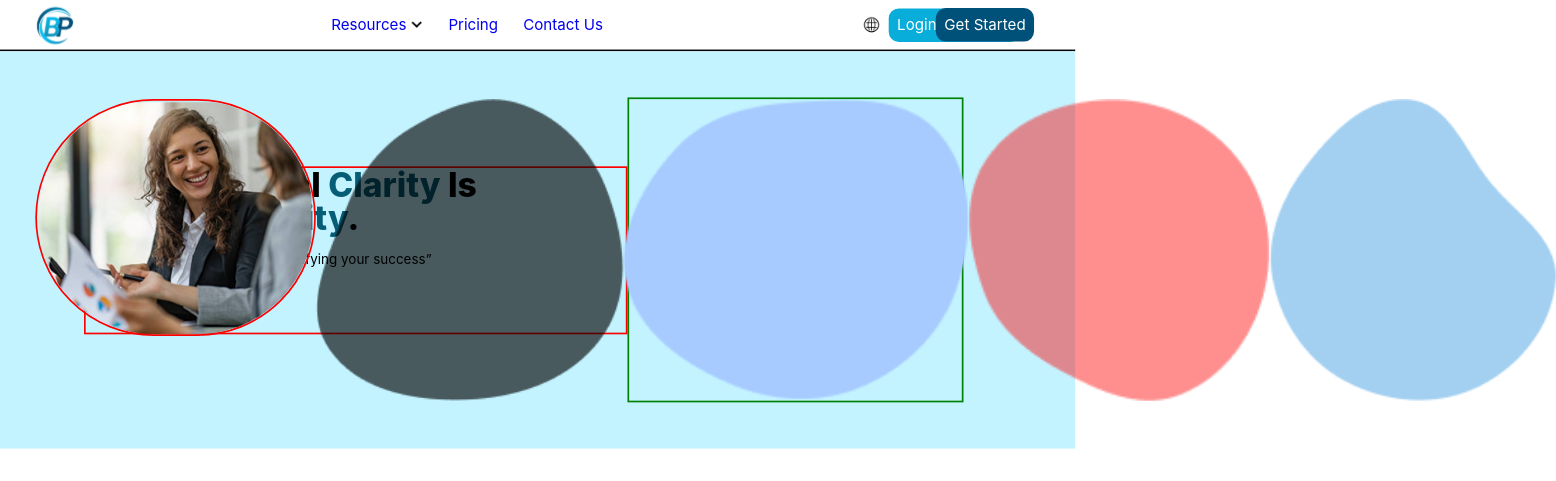
Repository: dark-txch/Bizpadi
Page: /
These files come from the project's save history. The page is drawn as it stood at one moment and after the next save; the edit follows.
The browser window is 1280 px wide. The page is 1852 px wide, then 1476 px, so the pictures cover 1852 px, including what lies to the right of the window. The pictures show the whole page, at 84% of full size.
The project was rebuilt for these pictures with package versions that can differ from the ones it lists, and the page was loaded fresh each time. Also part of the build but not shown: vite.config.js.

Above is the page before, as saved 2025-04-01 19:15:07.

### index.html
<!DOCTYPE html>
<html lang="en">
	<head>
		<meta charset="UTF-8" />
		<link rel="icon" type="image/svg+xml" href="/public/logo.svg" />
		<meta name="viewport" content="width=device-width, initial-scale=1.0" />
		<title>Bizpadi</title>
	</head>
	<body>
		<div id="root"></div>
		<script type="module" src="/src/main.jsx"></script>
	</body>
</html>

### src/index.css
:root {
	font-family: system-ui, Avenir, Helvetica, Arial, sans-serif;
	line-height: 1.5;
	font-weight: 400;

	color-scheme: light dark;
	color: black;
	background-color: white;

	font-synthesis: none;
	text-rendering: optimizeLegibility;
	-webkit-font-smoothing: antialiased;
	-moz-osx-font-smoothing: grayscale;
}

* {
	box-sizing: border-box;
	padding: 0;
	margin: 0;
	outline: none;
	border: none;
}

body {
	height: 100vh;
	width: 100vw;

	font-family: "inter", sans-serif;
}

a {
	text-decoration: none;
}

### src/App.jsx
import "./App.css";
import Nav from "./components/LandingPage/Nav";
import MidSection from "./components/LandingPage/MidSection";

function App() {
	return (
		<>
			<Nav />
			<MidSection />
		</>
	);
}

export default App;

### src/App.css
/*  LANDING PAGE/Main container */

@font-face {
	font-family: "MyCustomFont";
	src: url("/fonts/Inter/Inter-Italic-VariableFont_opsz,wght.ttf")
			format("truetype"),
		url("/fonts/Inter/Inter-VariableFont_opsz,wght.ttf") format("truetype");
	font-weight: normal;
	font-style: normal;
}

nav.homepage-nav {
	/*  this is the parent container */
	width: 100vw;
	height: 61px;
	display: flex;
	font-size: 18px;
	align-items: center;
	justify-content: space-between;
	border-bottom: 2px solid #000;
	box-shadow: 1px 1px 2px 0px rgba(0, 0, 0, 0.25%);
}

nav.homepage-nav .logo {
	/* this is the first div "LOGO" */
	margin-left: 30px;
	margin-top: 10px;
}

nav.homepage-nav :nth-child(2) a {
	/* this is the middle div */
	width: 309px;
	height: 24px;
	position: relative;
}

.homepage-nav div:nth-child(2) a:nth-of-type(1) {
	margin-right: 50px;
}

.homepage-nav div:nth-child(2) a:nth-of-type(2) {
	margin-right: 30px;
}

nav.homepage-nav :nth-child(2) a > img {
	position: absolute;
}

.homepage-nav div:nth-child(3) {
	/* this is the login and get started container .. the third div*/
	width: 218px;
	height: 40px;
	display: flex;
	justify-content: center;
	align-items: center;
	gap: 10px;
	position: relative;
	color: white;
	border-radius: 12px;
	margin-right: 50px;
}

.homepage-nav div:nth-child(3) a:nth-of-type(1) {
	/* this is the login button */
	background-color: #09adda;
	color: inherit;
	display: inline-block;
	width: 157px;
	padding: 8px;
	height: inherit;
	padding-left: 10px;
	border-radius: inherit;
	display: flex;
	align-items: center;
}

.homepage-nav div:nth-child(3) a:nth-of-type(2) {
	/* this is the signup button */
	background-color: #00517a;
	color: inherit;
	display: inline-block;
	/* width: 110px; */
	padding-left: 10px;
	padding-right: 10px;
	height: inherit;
	border-radius: inherit;
	position: absolute;
	top: -2px;
	right: -10px;
	transform: translate(-9px, 1.5px);
	display: flex;
	align-items: center;
}

/* MIDSECTION */
.midSection {
	background-color: #c3f3ff;
	height: 473px;
	display: flex;
	align-items: center;
}

.landingPageMotto {
	display: inline-block;
	width: 647px;
	height: 200px;
	top: 166px;
	left: 113px;
	/* gap: 19px; */

	margin-left: 100px;

	border: 2px solid red;
}

.landingPageMotto > h1 {
	width: 538px;
	height: 96px;

	font-weight: 800;
	font-size: 40px;
	line-height: 100%;
	text-transform: capitalize;
}

.landingPageMotto > h1 span {
	color: #065d76;
}

.landingPageImages {
	border: 2px solid green;
	width: 399.93px;
	height: 362.9px;
	top: 73.2px;
	left: 729.07px;

	display: flex;
	justify-content: center;


}

.landingPageImages > img:nth-of-type(1) {
	width: 334.57px;
	height: 281.66px;
	top: 94.21px;
	left: 751.64px;
	border-radius: 150px;

	border: 2px solid red;
}

### src/components/LandingPage/Nav.jsx
export default function Nav() {
	return (
		// Main Landing container, parent housing the landing page
		<>
			{/* Inside of the main is the nav element */}
			<nav className="homepage-nav">
				<div className="logo">
					<img src="/assets/icons/logo.svg" alt="Bizpadi icon" />
				</div>

				{/* Second div */}
				<div>
					<a href="#">
						Resources
						<img src="/assets/icons/dropdown.png" alt="dropdown icon" />
					</a>
					<a href="#">Pricing</a>
					<a href="#">Contact Us</a>
				</div>

				{/* Third div */}
				<div>
					<img src="/assets/icons/world.png" alt="world" />
					<a href="#">Login</a>
					<a href="#">Get Started</a>
				</div>
			</nav>
		</>
	);
}

### src/components/LandingPage/MidSection.jsx
export default function MidSection() {
	return (
		<section className="midSection">
			<div className="landingPageMotto">
				<h1>
					Your financial <span>clarity</span> is our top <span>priority</span>.
				</h1>
				<p>“Streamlining your finances, simplifying your success”</p>
			</div>

			{/* This is the images section in the mid section */}
			<div className="landingPageImages">
				<img src="/assets/images/smiley.png" alt="smiley" />
				<img src="/assets/images/Vector-black.png" alt="vector-black" />
				<img src="/assets/images/Vector-blue.png" alt="vector-blue" />
				<img src="/assets/images/Vector-orange.png" alt="vector-orange" />
				<img src="/assets/images/Vector.png" alt="vector" />
			</div>
		</section>
	);
}

Loaded but not shown: src/main.jsx (common file)

After the next save:
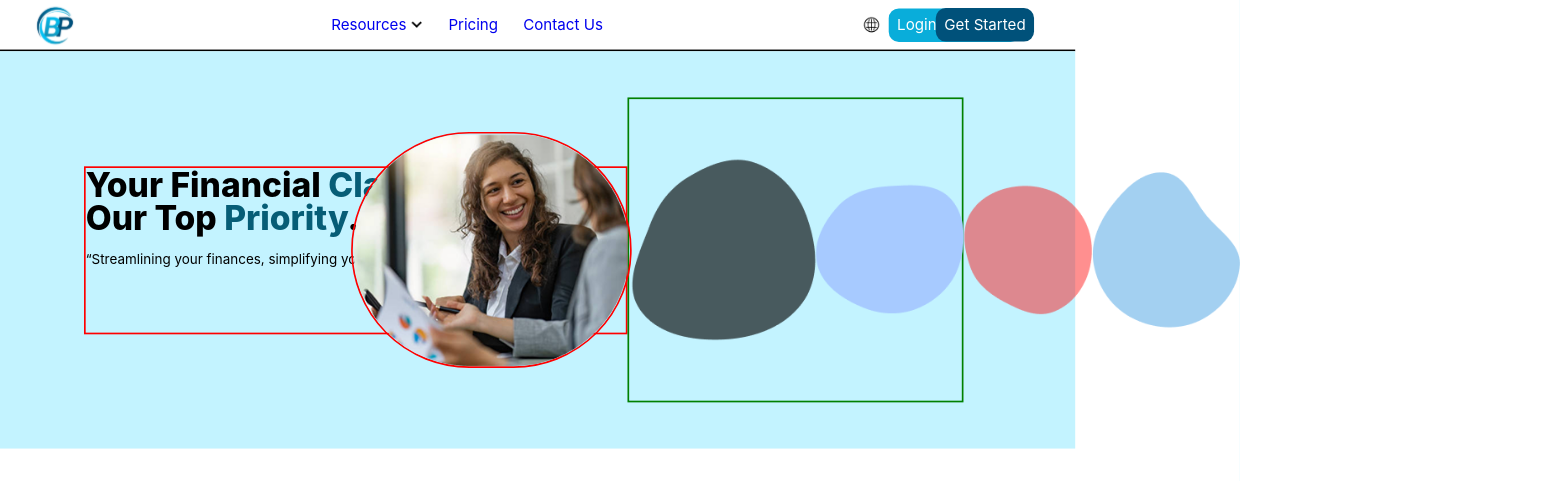
Saved 5 s later.
--- a/src/App.css
+++ b/src/App.css
@@ -136,8 +136,7 @@ nav.homepage-nav :nth-child(2) a > img {
 
 	display: flex;
 	justify-content: center;
-
-
+	align-items: center;
 }
 
 .landingPageImages > img:nth-of-type(1) {
